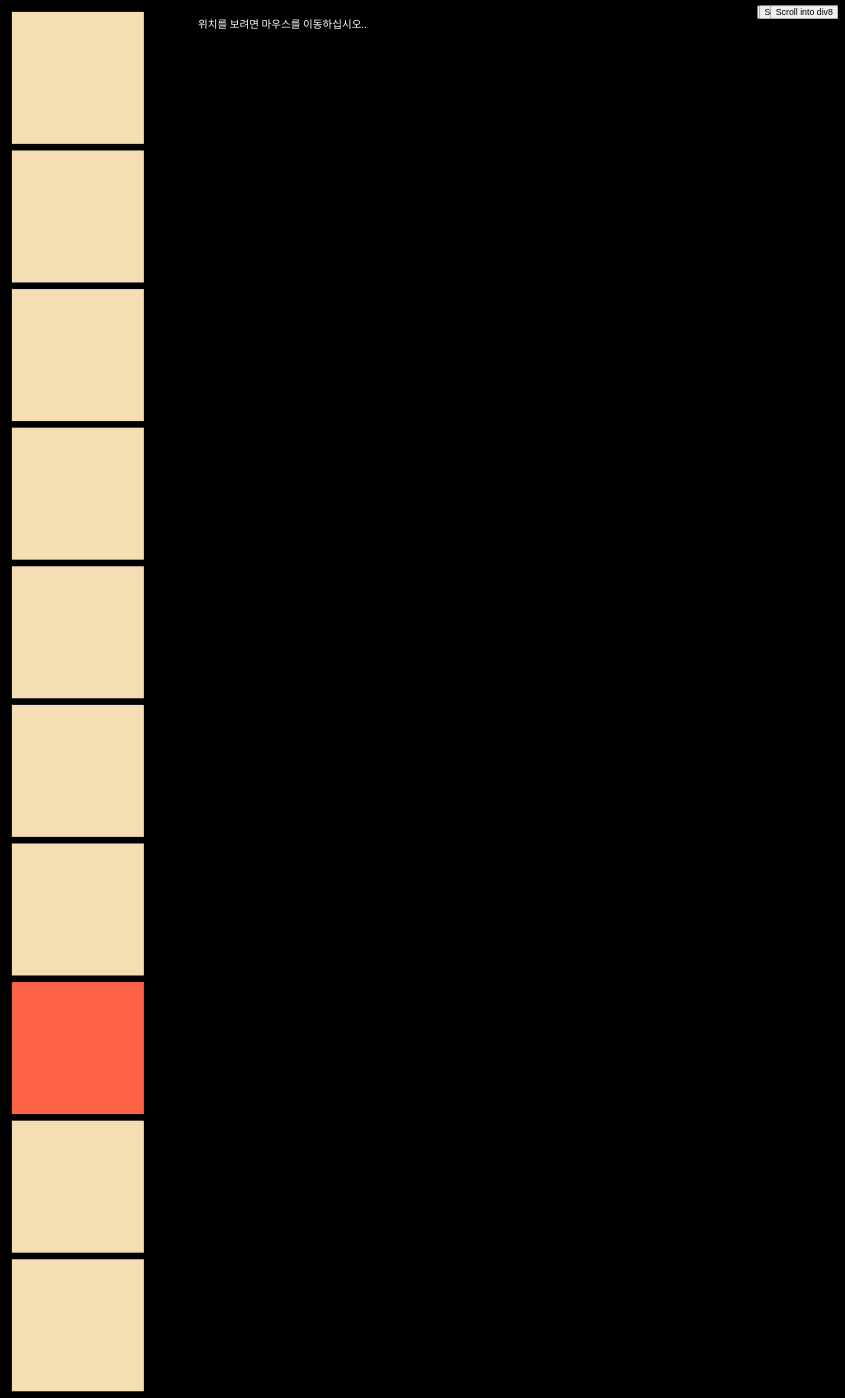
Repository: GoodHoneyCake/Dream_Coding_Academy5
Page: browser/chap1/window_coordinate.html
An editor plug-in stored every save of this project. The page is shown before and after the next save, followed by the edit.
The browser window is 1280 px wide. The pictures show the whole page, at 66% of full size.

Above is the page before, as saved 2021-01-28 13:53:17.

### browser/chap1/window_coordinate.html
<!DOCTYPE html>
<html lang="en">
  <head>
    <meta charset="UTF-8" />
    <meta name="viewport" content="width=device-width, initial-scale=1.0" />
    <title>Document</title>
  </head>
  <style>
    body {
      background-color: black;
      color: white;
    }
    section {
      display: flex;
      justify-content: space-between;
    }
    button {
      position: fixed;
      right: 10px;
    }
    p {
      position: fixed;
      left: 300px;
    }
    div {
      background-color: wheat;
      width: 200px;
      height: 200px;
      margin: 10px;
    }
    .div8 {
      background-color: tomato;
    }
  </style>
  <body>
    <section>
      <button>Scroll by 100px(y)</button>
      <button>Scroll to 100px(y)</button>
      <button>Scroll into div8</button>
    </section>
    <p>위치를 보려면 마우스를 이동하십시오..</p>
    <p id="screen-log"></p>
    <div></div>
    <div></div>
    <div></div>
    <div></div>
    <div></div>
    <div></div>
    <div></div>
    <div class="div8"></div>
    <div></div>
    <div></div>
  </body>
  <script>
    let screenLog = document.querySelector("#screen-log");

    const div8 = document.querySelector(".div8");
    const rect = div8.getBoundingClientRect();
    div8.addEventListener("click", () => {
      console.log(rect);
    });

    document.addEventListener("mousemove", logKey);

    function logKey(e) {
      screenLog.innerText = `
    Page X/Y: ${e.pageX}, ${e.pageY}
    Client X/Y: ${e.clientX}, ${e.clientY}`;
    }
  </script>
</html>

After the next save:
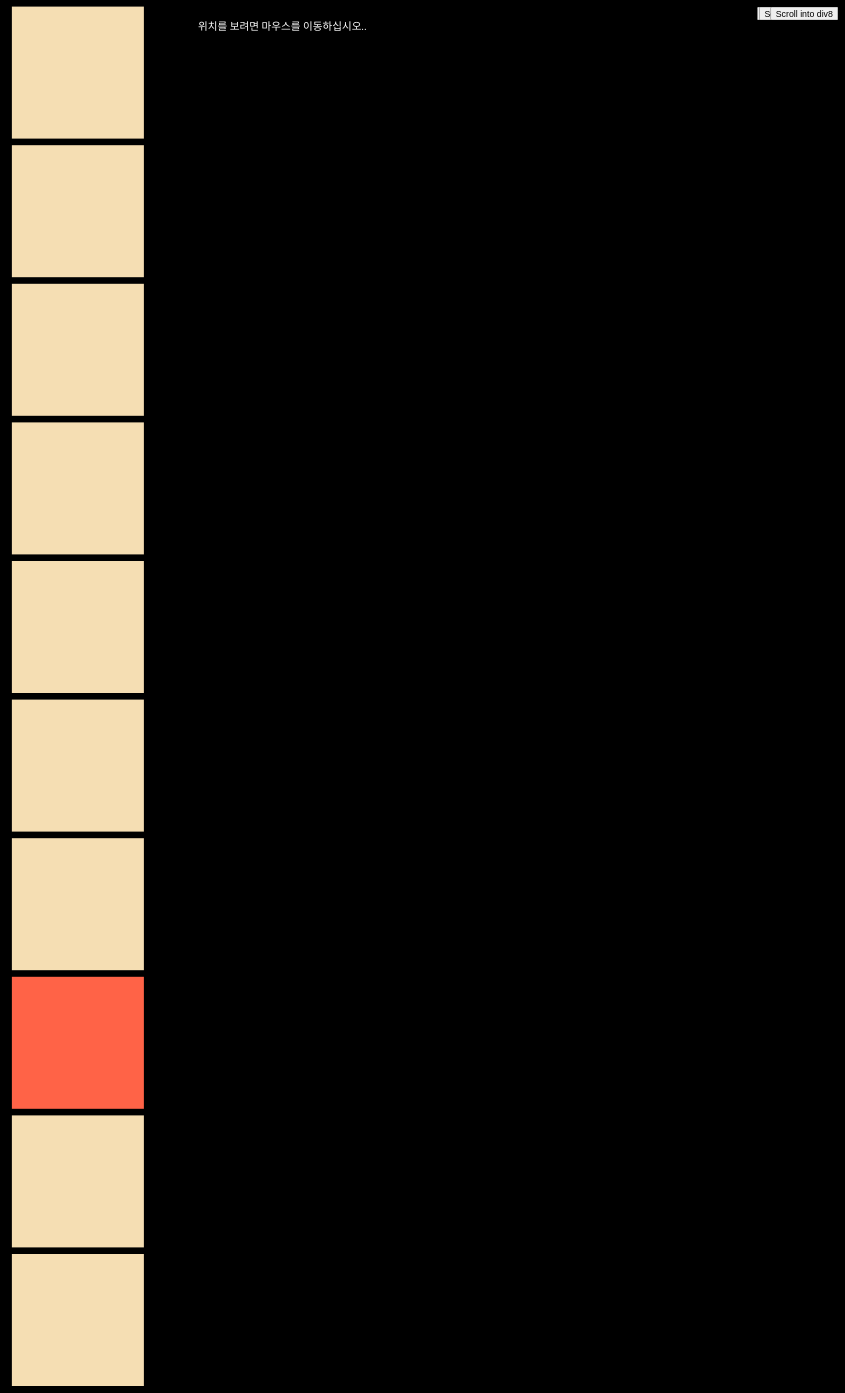
Saved 16 s later.
--- a/browser/chap1/window_coordinate.html
+++ b/browser/chap1/window_coordinate.html
@@ -11,8 +11,7 @@
       color: white;
     }
     section {
-      display: flex;
-      justify-content: space-between;
+      position
     }
     button {
       position: fixed;
